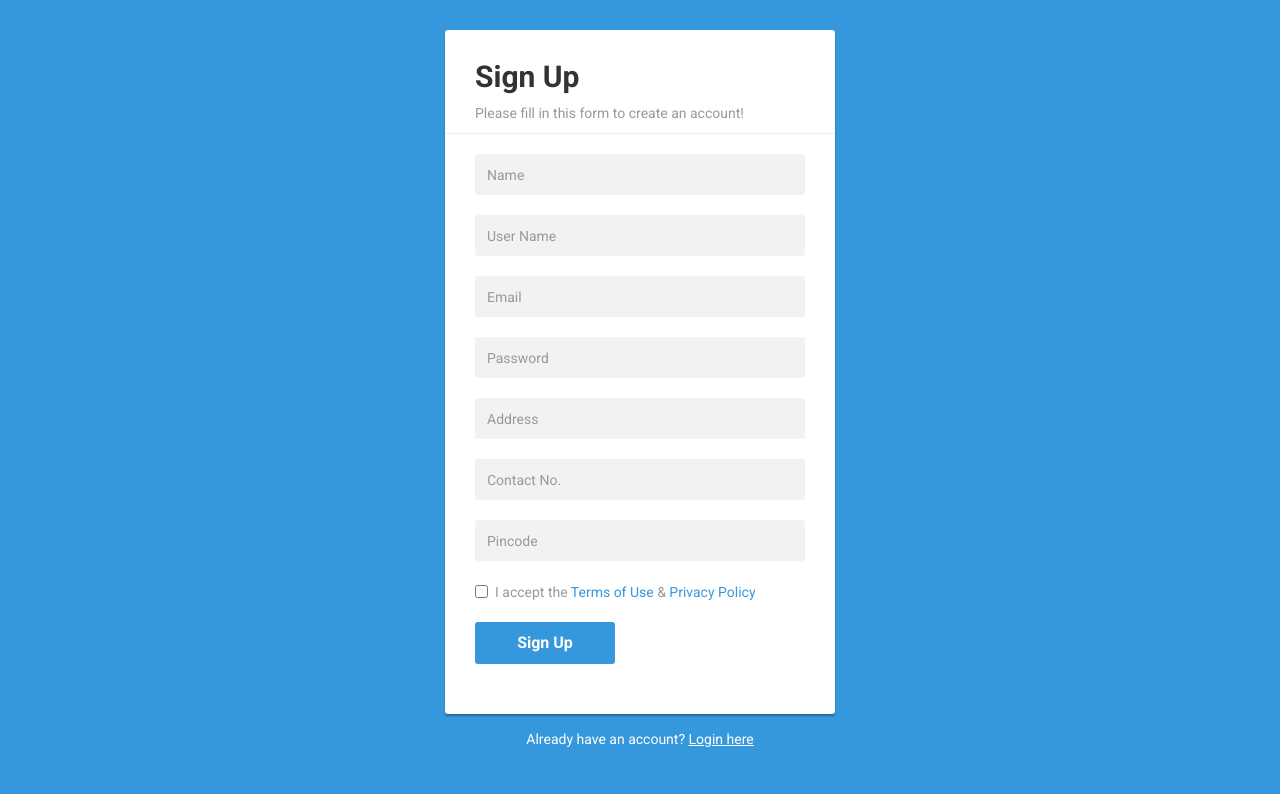
Repository: Rajat-Jain29/Java-Spring-Boot
Page: Registration/Bank Account/WebContent/bank.html
The author's editor kept a copy of each file at every save. The page is drawn from the files as they stood at one save, then again after the next save.
The browser window is 1280 px wide. The pictures show the whole page.

Above is the page before, as saved 2021-03-21 14:07:17.

### Registration/Bank Account/WebContent/bank.html
<!DOCTYPE html>
<html>
<head>
<meta charset="ISO-8859-1">
<meta http-equiv="X-UA-Compatible" content="IE=edge">
<meta name="viewport" content="width=device-width, initial-scale=1">
<link href="https://fonts.googleapis.com/css?family=Roboto:400,700" rel="stylesheet">
<title>Bank Details</title>
<link rel="stylesheet" href="https://maxcdn.bootstrapcdn.com/bootstrap/3.3.7/css/bootstrap.min.css">
<script src="https://ajax.googleapis.com/ajax/libs/jquery/1.12.4/jquery.min.js"></script>
<script src="https://maxcdn.bootstrapcdn.com/bootstrap/3.3.7/js/bootstrap.min.js"></script>
<style>
	body {
		color: #fff;
		background: #3598dc;
		font-family: 'Roboto', sans-serif;
	}
    .form-control{
		height: 41px;
		background: #f2f2f2;
		box-shadow: none !important;
		border: none;
	}
	.form-control:focus{
		background: #e2e2e2;
	}
    .form-control, .btn{
        border-radius: 3px;
    }
	.signup-form{
		width: 390px;
		margin: 30px auto;
	}
	.signup-form form{
		color: #999;
		border-radius: 3px;
    	margin-bottom: 15px;
        background: #fff;
        box-shadow: 0px 2px 2px rgba(0, 0, 0, 0.3);
        padding: 30px;
    }
	.signup-form h2 {
		color: #333;
		font-weight: bold;
        margin-top: 0;
    }
    .signup-form hr {
        margin: 0 -30px 20px;
    }
	.signup-form .form-group{
		margin-bottom: 20px;
	}
	.signup-form input[type="checkbox"]{
		margin-top: 3px;
	}
	.signup-form .row div:first-child{
		padding-right: 10px;
	}
	.signup-form .row div:last-child{
		padding-left: 10px;
	}
    .signup-form .btn{
        font-size: 16px;
        font-weight: bold;
		background: #3598dc;
		border: none;
		min-width: 140px;
    }
	.signup-form .btn:hover, .signup-form .btn:focus{
		background: #2389cd !important;
        outline: none;
	}
    .signup-form a{
		color: #fff;
		text-decoration: underline;
	}
	.signup-form a:hover{
		text-decoration: none;
	}
	.signup-form form a{
		color: #3598dc;
		text-decoration: none;
	}
	.signup-form form a:hover{
		text-decoration: underline;
	}
    .signup-form .hint-text {
		padding-bottom: 15px;
		text-align: center;
    }
</style>
</head>
<body>
<div class="signup-form">
    <form action="Register" method ="post">
		<h2>Sign Up</h2>
		<p>Please fill in this form to create an account!</p>

		<hr>
        <div class="form-group">

				<input type="text" class="form-control" name="name" placeholder="Name" required="required">


        </div>
          <div class="form-group">

				<input type="text" class="form-control" name="username" placeholder="User Name" required="required">


        </div>


        <div class="form-group">
        	<input type="email" class="form-control" name="email" placeholder="Email" required="required">
        </div>
		<div class="form-group">
            <input type="password" class="form-control" name="password" placeholder="Password" required="required">
        </div>



		  <div class="form-group">

				<input type="text" class="form-control" name="address" placeholder="Address" required="required">


        </div>

          <div class="form-group">

				<input type="text" class="form-control" name="phone" placeholder="Contact No." required="required">


        </div>

          <div class="form-group">

				<input type="text" class="form-control" name="pin" placeholder="Pincode" required="required">


        </div>

        <div class="form-group">
			<label class="checkbox-inline"><input type="checkbox" required="required"> I accept the <a href="#">Terms of Use</a> &amp; <a href="#">Privacy Policy</a></label>
		</div>
		<div class="form-group">
            <button type="submit" class="btn btn-primary btn-lg">Sign Up</button>
        </div>
    </form>
    <div class="hint-text">Already have an account? <a href="log.html" target="_blank">Login here</a></div>
</div>
</body>
</html>

After the next save:
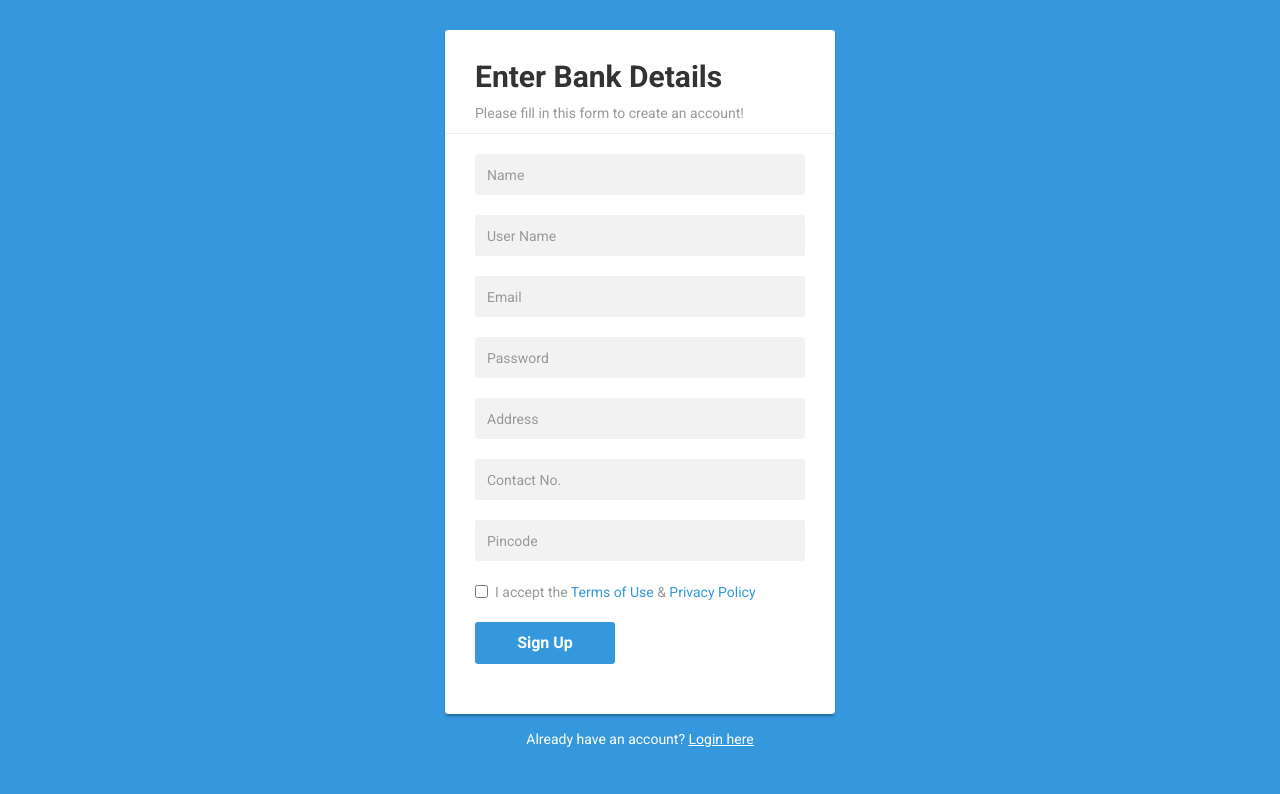
Saved 21 s later.
--- a/Registration/Bank Account/WebContent/bank.html
+++ b/Registration/Bank Account/WebContent/bank.html
@@ -93,7 +93,7 @@
 <body>
 <div class="signup-form">
     <form action="Register" method ="post">
-		<h2>Sign Up</h2>
+		<h2>Enter Bank Details</h2>
 		<p>Please fill in this form to create an account!</p>
 
 		<hr>
